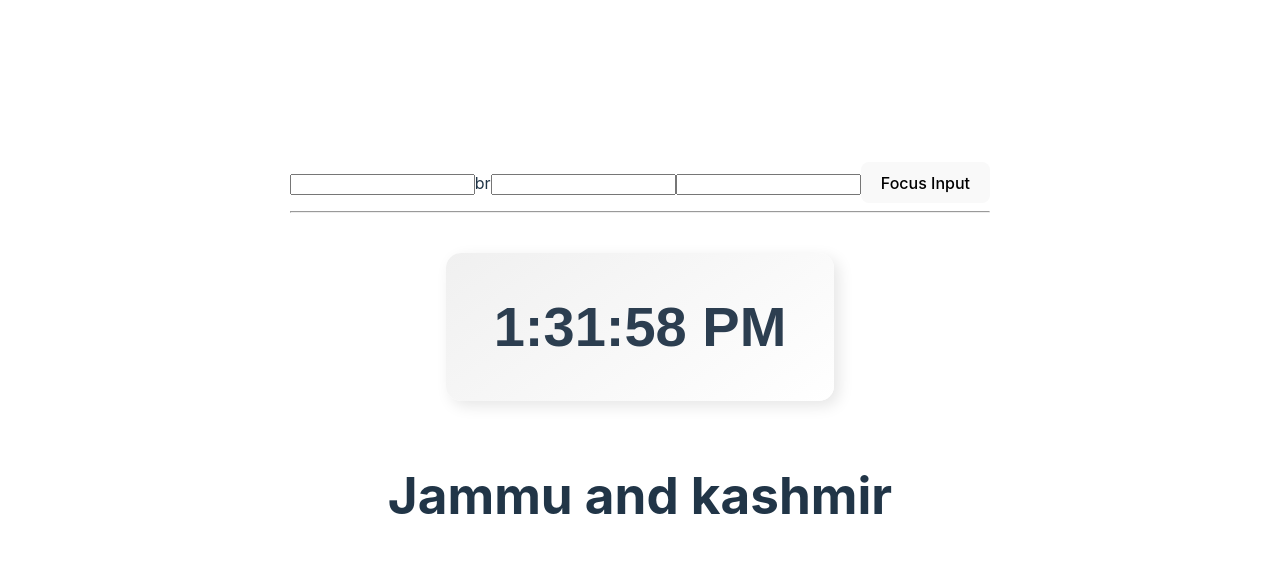
Repository: FARMAN9/inputdata-useRef-and-useEffect
Page: /
An editor plug-in stored every save of this project. The page is shown before and after a run of saves, followed by the edit.
The browser window is 1280 px wide. The pictures show the whole page.
The project was rebuilt for these pictures with package versions that can differ from the ones it lists, and the page was loaded fresh each time. Also part of the build but not shown: vite.config.js.

Above is the page before, as saved 2025-01-13 13:00:58.

After the next 7 saves:
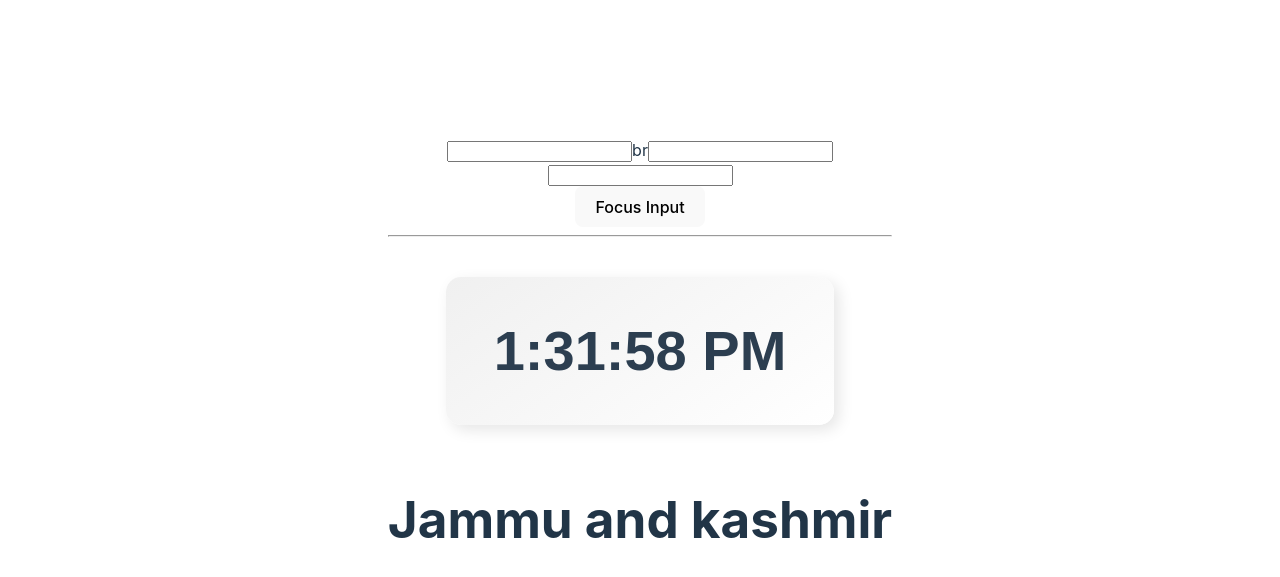
The 7 saves are shown as one change because they came seconds apart.
The last was saved 17 s later.
--- a/src/components/inputdate.jsx
+++ b/src/components/inputdate.jsx
@@ -16,7 +16,9 @@ function InputData() {
       <input ref={inputRef} type="text" />
       br
       <input ref={emailRef} type="email" />
+      <br />
       <input ref={passwordRef} type="password" />
+      <br />
       <button onClick={focusInput}>Focus Input</button>
     </div>
   );
